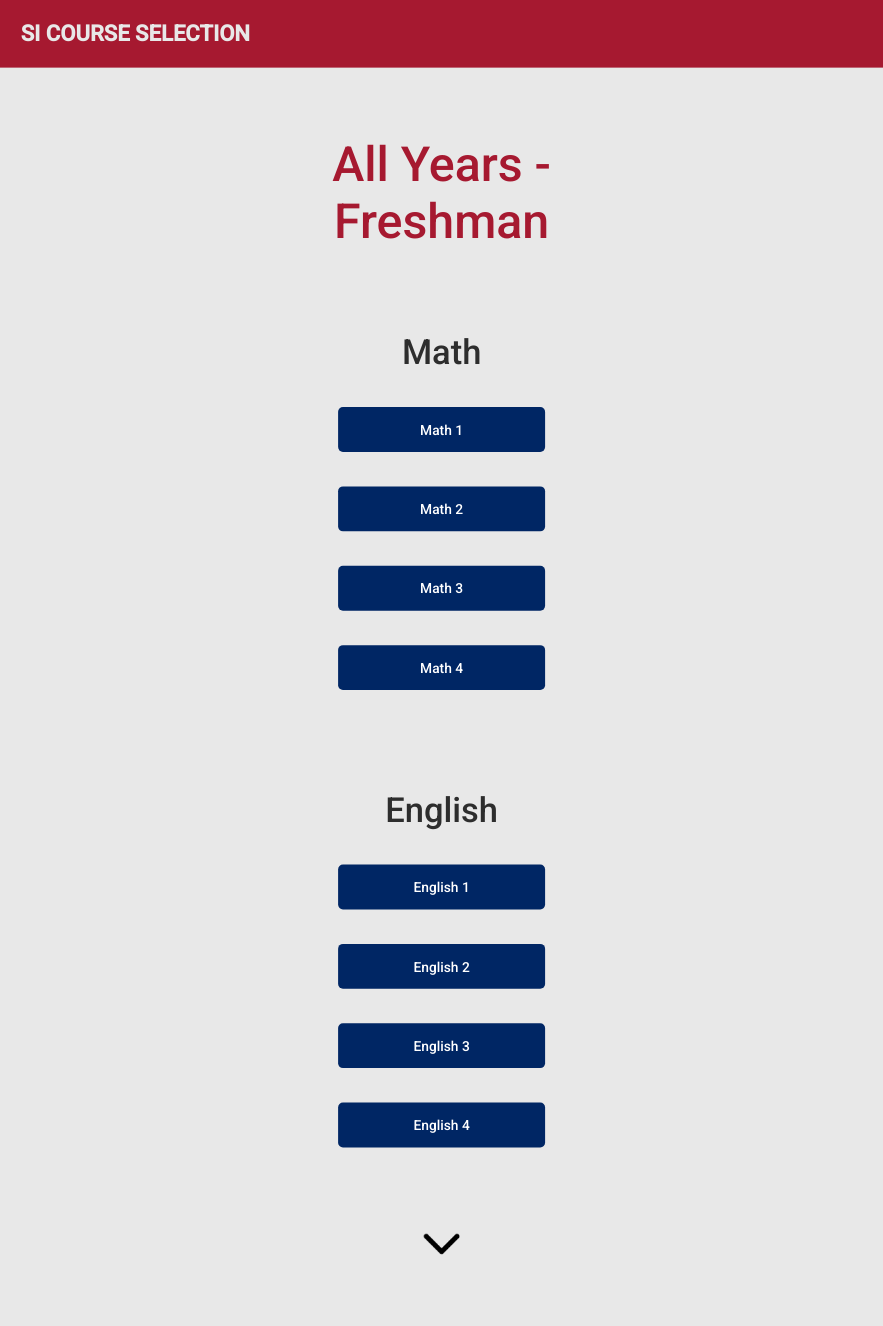
Repository: BuddyBob/si_course_selection
Page: /#/yearTwo
The author's editor kept a copy of each file at every save. The page is drawn from the files as they stood at one save, then again after the next save.
The browser window is 1280 px wide. The pictures show the whole page, at 69% of full size.
The project was rebuilt for these pictures with package versions that can differ from the ones it lists, and the page was loaded fresh each time. Also part of the build but not shown: src/components/CurrentYear.js, src/getLocalStorage.js, src/Home.js, src/components/AllYears/YearFour.js, src/components/AllYears/YearOne.js, src/components/AllYears/YearThree.js.

Above is the page before, as saved 2023-01-04 09:58:13.

### public/index.html
<!DOCTYPE html>
<html lang="en">
  <head>
    <meta charset="utf-8" />
    <link rel="icon" href="%PUBLIC_URL%/favicon.ico" />
    <meta name="viewport" content="width=device-width, initial-scale=1" />
    <meta name="theme-color" content="#000000" />
    <meta
      name="description"
      content="Web site created using create-react-app"
    />
    <link rel="apple-touch-icon" href="%PUBLIC_URL%/logo192.png" />
    <link rel="manifest" href="%PUBLIC_URL%/manifest.json" />

    <link rel="preconnect" href="https://fonts.googleapis.com">
    <link rel="preconnect" href="https://fonts.gstatic.com" crossorigin>
    <link href="https://fonts.googleapis.com/css2?family=Open+Sans:wght@300;400&family=Roboto:wght@500&display=swap" rel="stylesheet">
    <title>React App</title>
  </head>
  <body>
    <noscript>You need to enable JavaScript to run this app.</noscript>
    <div id="root"></div>

  </body>
</html>

### src/index.js
import App from './App';
import React from 'react';
import ReactDOM from 'react-dom';
import { HashRouter as Router } from 'react-router-dom';

ReactDOM.render(<Router>< App /></Router>, document.getElementById("root"));

### src/App.js
import './index.css'

import {
    Route,
    Routes,
} from "react-router-dom";

import CurrentYear from "./components/CurrentYear";
import Home from "./Home";
import YearFour from "./components/AllYears/YearFour";
import YearOne from "./components/AllYears/YearOne";
import YearThree from "./components/AllYears/YearThree";
import YearTwo from "./components/AllYears/YearTwo";

export default function App() {
    return (
          <Routes>
            <Route  exact path='/' element={<Home/>} />
            <Route  exact path='/currentYear' element={<CurrentYear/>} />
            <Route  exact path='/yearOne' element={<YearOne/>} />
            <Route  exact path='/yearTwo' element={<YearTwo/>} />
            <Route  exact path='/yearThree' element={<YearThree/>} />
            <Route  exact path='/yearFour' element={<YearFour/>} />
          </Routes>
    );
  }

### src/index.css
:root {
  --background:#e8e8e8;
  --main:#002664;
  --secondary:#A61930;
  --highlight:#2D2D2D;
  --text:#2D2D2D;
}

*{
  padding: 0;
  margin: 0;
  box-sizing: border-box;
  cursor: default;
  font-family: 'Open Sans', sans-serif;
  font-family: 'Roboto', sans-serif;
}

body{
  background: var(--background);
  overflow-x: hidden;
}


.main-container{
/* center */
  display: flex;
  flex-direction: column;
  justify-content: center;
  align-items: center;
  width: 100%;
  height: 100%;
  margin: auto;
}

.sub-container{
  display: flex;
  flex-direction: row;
}



.title{
  font-style: normal;
  font-size: 90px;
  color: var(--secondary);
  font-weight: 500px;
  /* center text to page; */
  margin: auto;
  width: 50%;
  text-align: center;
  position: relative;
  top: 100px;


}

@media screen and (max-width: 1150px) {
  .sub-container{
    flex-direction: column;
  }
  .title{
    font-size: 60px;
    width: 80%;
    text-align: center;
  }

}

select {
  border: #002664 1px solid;
  border-radius: 7px;
  background: #002664;
  width: 300px;
  height: 80px;/*Width of select dropdown to give space for arrow image*/
  color: #FFF;
  text-align: center;
  font-size: 25px;
  font-weight: 20px;
  margin: 50px;

}


.pg1dd{
  display: flex;
  flex-direction: column;
  justify-content: center;
  align-items: center;
  width: 100%;
  height: 100%;
  margin: auto;
  position: relative;
  top: 200px;

}



.arrow1{

  /* center content */
  display: flex;
  flex-direction: column;
  justify-content: center;
  align-items: center;
  position: relative;
  top: 100px

}


.arrow1:hover{
  animation: arrow1 1s infinite;
  color: var(--secondary);
  cursor: pointer;
}

.bounce {
  animation: bounce 3s infinite;
}

@keyframes bounce {
  0%, 20%, 50%, 80%, 100% {
      -moz-transform: translateY(0);
      -ms-transform: translateY(0);
      -webkit-transform: translateY(0);
      transform: translateY(0);
    }
    40% {
      -moz-transform: translateY(-10px);
      -ms-transform: translateY(-10px);
      -webkit-transform: translateY(-10px);
      transform: translateY(-10px);
    }
    40% {
      -moz-transform: translateY(-30px);
      -ms-transform: translateY(-30px);
      -webkit-transform: translateY(-30px);
      transform: translateY(-30px);
    }
    60% {
      -moz-transform: translateY(-15px);
      -ms-transform: translateY(-15px);
      -webkit-transform: translateY(-15px);
      transform: translateY(-15px);
    }
}

### src/components/AllYears/YearTwo.js
import '../courseSelection.css'

import React, {useEffect, useState} from 'react'

import arrow from '../../assets/Arrow 5.png'
import courseData from '../../assets/courses.json'
import { useNavigate } from "react-router-dom";

export default function Yeartwo() {
  let navigate = useNavigate();
  const [grade, setGrade] = useState(localStorage.getItem('grade'));
  let grades = Object.keys(courseData)
  let nextGrade = grades[Object.keys(courseData).indexOf(grade)+1]
  let subjects = courseData[nextGrade].subjects
  let courses = courseData[nextGrade].classes



function courseSelect(e) {
  let userCourse = e.target.innerHTML
  let userSubject = e.target.value


}

function nextPage() {
    //make sure not a senior
  if (grade !== "Junior"){
    navigate("/yearthree");
  }
  else{
    navigate("/ThisIsTheResultsPage");
  }
}

    return (
    <div>
        <div className="Headers">
          <div className="Nav">
            <h1 className="navCourseSelect" >SI COURSE SELECTION</h1>
          </div>
          <h1 className="titleCourseSelect" >All Years - {nextGrade} </h1>
        </div>


        <div className="courseSelect">
          {subjects.map((subject, index) => (
            <div key={index}>
              <h2 className="subject">{subject}</h2>
              <div className="courses">
              {courses[subject].map((course, index) => (
                <div key={index}>
                    <button value={subject} className="course_btn" onClick={(e) => courseSelect(e)}>{course}</button>
                </div>
              ))}
              </div>
            </div>
          ))}
            <input type="image" src={arrow} alt="arrow2" className="arrow2 bounce2" onClick={() => nextPage()}/>
        </div>

    </div>
  )
}

### src/components/courseSelection.css
:root {
    --background:#e8e8e8;
    --main:#002664;
    --secondary:#A61930;
    --highlight:#2D2D2D;
    --text:#2D2D2D;
  }

.Nav{
  background-color: var(--secondary);
  padding: 30px;
}
.navCourseSelect{
  color: var(--background);
  font-weight: 100px;

}
.titleCourseSelect{
    font-style: normal;
    font-size: 70px;
    font-weight: 400;
    color: var(--secondary);

    /* center text to page; */
    margin: auto;
    width: 40%;
    text-align: center;

    position: relative;
    top: 100px;


}

@media screen and (max-width: 900px) {
  .titleCourseSelect{
    font-size: 50px;
    width: 80%;
  }
  .navCourseSelect{
    /* center text */
    margin: auto;
    width: 80%;
    text-align: center;

  }
}




.courseSelect{
    position: relative;
    top: 200px;
    margin: auto;
    text-align: center;
}
.subject{
    color: var(--text);
    margin: auto;
    text-align: center;
    font-size: 50px;
    font-weight:200;
    padding-top: 20px;

  }

  .courses{
    position: relative;
    margin-bottom: 100px;
    margin-top:25px;

  }

.course_btn{
    border: #002664 0px solid;
    border-radius: 7px;
    background: #002664;
    width: 300px;
    height: 65px;/*Width of select dropdown to give space for arrow image*/
    color: #FFF;
    text-align: center;
    font-size: 20px;
    font-weight: 30px;
    margin: 25px;
}

.course_btn:hover{
    background: var(--secondary);
    color: #FFF;
    cursor: pointer;
}

.course_btn_selected{
  background: #A61930;
  color: #FFF;
  cursor: pointer;
}

.arrow2{
  justify-content: center;
  align-items: center;
  position: relative;
  top: 0px;
  right: 0%;
  margin-bottom:100px;
}


.arrow2:hover{
  animation: arrow1 1s infinite;
  color: var(--secondary);
  cursor: pointer;
}

.bounce2 {
  animation: bounce 3s infinite;
}

@keyframes bounce2 {
  0%, 20%, 50%, 80%, 100% {
      -moz-transform: translateY(0);
      -ms-transform: translateY(0);
      -webkit-transform: translateY(0);
      transform: translateY(0);
    }
    40% {
      -moz-transform: translateY(-10px);
      -ms-transform: translateY(-10px);
      -webkit-transform: translateY(-10px);
      transform: translateY(-10px);
    }
    40% {
      -moz-transform: translateY(-30px);
      -ms-transform: translateY(-30px);
      -webkit-transform: translateY(-30px);
      transform: translateY(-30px);
    }
    60% {
      -moz-transform: translateY(-15px);
      -ms-transform: translateY(-15px);
      -webkit-transform: translateY(-15px);
      transform: translateY(-15px);
    }
}

### src/assets/courses.json
{
    "Freshman":{
        "subjects":[
            "Math",
            "English"
        ]
        ,
        "classes":{
            "Math":[
                "Math 1",
                "Math 2",
                "Math 3",
                "Math 4"
            ],
            "English":[
                "English 1",
                "English 2",
                "English 3",
                "English 4"
            ]

        }
    },
    "Sophomore":{
        "subjects":[
            "Math",
            "English"
        ]
        ,
        "classes":{
            "Math":[
                "Math 2",
                "Math 3",
                "Math 4",
                "Math 5"
            ],
            "English":[
                "English 2",
                "English 3",
                "English 4",
                "English 5"
            ]

        }
    }
    ,
    "Junior":{
        "subjects":[
            "Math",
            "English"
        ]
        ,
        "classes":{
            "Math":[
                "Math 3",
                "Math 4",
                "Math 5",
                "Math 6"
            ],
            "English":[
                "English 3",
                "English 4",
                "English 5",
                "English 6"
            ]

        }
    },
    "Senior":{
        "subjects":[
            "Math",
            "English"
        ]
        ,
        "classes":{
            "Math":[
                "Math 4",
                "Math 5"
            ],
            "English":[
                "English 4",
                "English 5",
                "English 6"
            ]

        }
    }
}

After the next save:
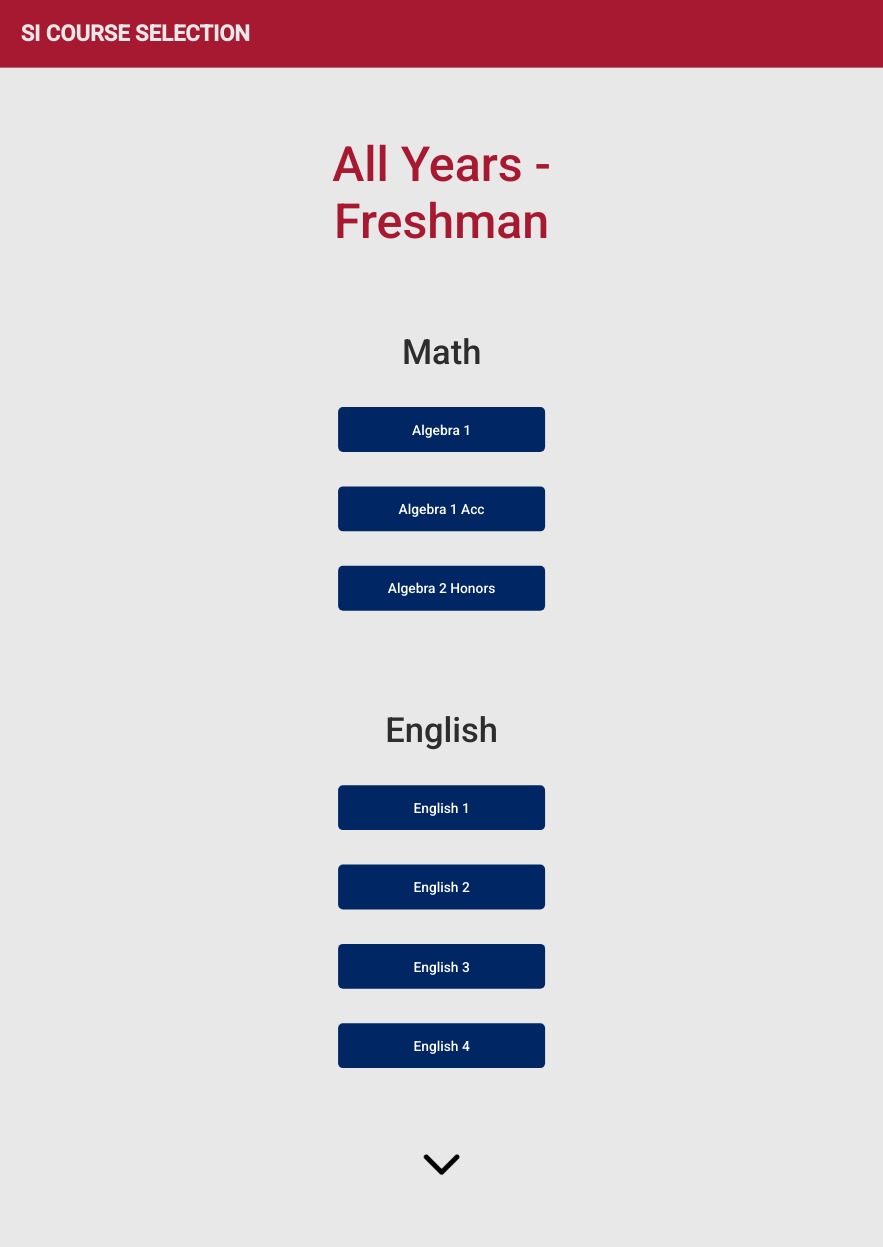
Saved 5 min 11 s later.
--- a/src/assets/courses.json
+++ b/src/assets/courses.json
@@ -7,10 +7,9 @@
         ,
         "classes":{
             "Math":[
-                "Math 1",
-                "Math 2",
-                "Math 3",
-                "Math 4"
+                "Algebra 1",
+                "Algebra 1 Acc",
+                "Algebra 2 Honors"
             ],
             "English":[
                 "English 1",
@@ -29,10 +28,9 @@
         ,
         "classes":{
             "Math":[
-                "Math 2",
-                "Math 3",
-                "Math 4",
-                "Math 5"
+                "Geometry",
+                "Geometry Accelerated",
+                "Geometry Honors"
             ],
             "English":[
                 "English 2",
@@ -52,10 +50,10 @@
         ,
         "classes":{
             "Math":[
-                "Math 3",
-                "Math 4",
-                "Math 5",
-                "Math 6"
+                "Algebra 2",
+                "PreCalc Accelerated",
+                "PreCalc Honors",
+                "Intro to Finance"
             ],
             "English":[
                 "English 3",
